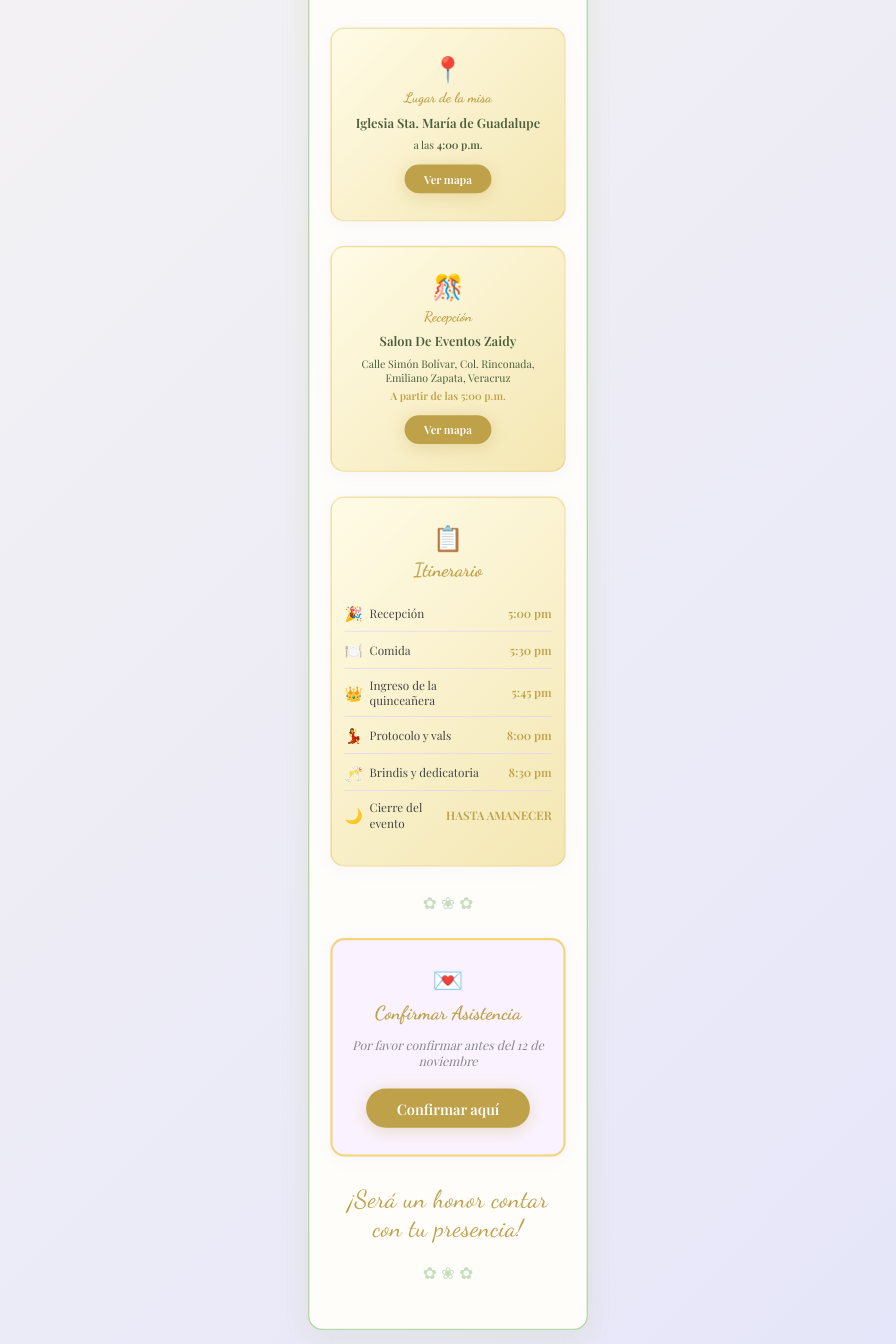
Repository: Jurgt2/InvitacionXvCamila
Page: index.html
The author's editor kept a copy of each file at every save. The page is drawn from the files as they stood at one save, then again after the next save.
The browser window is 1280 px wide. The pictures show the part of the page from y = 1293 to 3213 px (the page is 3213 px tall), at 70% of full size.
Some web fonts or font styles are not loaded; a fallback is used.

Above is the page before, as saved 2025-11-15 16:41:05.
Console error: TypeError: Cannot read properties of null (reading 'href')

### index.html
<!DOCTYPE html>
<html lang="es">
<head>
    <meta charset="UTF-8">
    <meta name="viewport" content="width=device-width, initial-scale=1.0">
    <title>Mis 15 Años - María Camila</title>

    <!-- Google Fonts -->
    <link rel="preconnect" href="https://fonts.googleapis.com">
    <link rel="preconnect" href="https://fonts.gstatic.com" crossorigin>
    <link href="https://fonts.googleapis.com/css2?family=Dancing+Script:wght@400;700&family=Playfair+Display:ital,wght@0,400;0,600;1,400&display=swap" rel="stylesheet">

    <!-- Estilos personalizados -->
    <link rel="stylesheet" href="style.css">
</head>
<body>
    <!-- Contenedor principal -->
    <div class="container">
    <!-- Encabezado superior eliminado -->
        <!-- 1. Foto circular de la quinceañera -->
        <div class="photo-section">
            <div class="photo-frame">
                <img src="quinceanera.jpg" alt="Emily Camila" class="quinceanera-photo">
            </div>
            <div class="crown-decoration">👑</div>
        </div>
        <!-- 2. Título principal -->
        <h1 class="main-title" style="font-family: 'Dancing Script', cursive; font-size: 2.5rem; font-weight: 700; color: #7d4ba8; text-align: center; margin: 20px 0 0 0;">
            <span style="font-size:2.5rem; color:#bfa14a; font-family: 'Dancing Script', cursive; font-weight: 700;">Emily Camila Salazar Santamaría</span>
        </h1>
        <!-- 3. Subtítulo descriptivo -->
        <p class="subtitle">
            Sus 15 años son un reflejo de su belleza, sus sueños y su alegría.<br>
            Hoy celebramos con entusiasmo y amor...
        </p>
        <!-- Fecha destacada (ahora debajo del texto) -->
        <div class="fecha-xv" style="text-align:center; margin:10px 0 18px 0;">
            <span style="display:inline-block; background:linear-gradient(90deg,#fffbe6 60%,#bfa14a 100%); color:#bfa14a; border-radius:12px; padding:6px 18px; font-size:1.1rem; font-weight:600; letter-spacing:1px; box-shadow:0 2px 8px #f3eac080;">SÁBADO <span style="color:#bfa14a; font-size:1.3rem;">20</span> DICIEMBRE</span>
        </div>
        <!-- Nombres de papás y padrinos (formato elegante) -->
        <div class="familia-xv" style="text-align:center; margin:28px 0 18px 0;">
            <span style="color:#bfa14a; font-size:1.25rem; font-family:'Dancing Script',cursive; font-weight:700; letter-spacing:0.5px; display:block; margin-bottom:6px;">En compañía de</span>
            <div style="display:flex; justify-content:center; align-items:flex-start; gap:32px; flex-wrap:wrap; margin-bottom:6px;">
                <div style="min-width:140px;">
                    <span style="color:#bfa14a; font-size:1.1rem; font-family:'Dancing Script',cursive; font-weight:700; display:block; margin-bottom:2px;">Sus papás</span>
                    <span style="display:block; color:#555; font-size:1.08rem; font-family:'Playfair Display',serif; font-style:italic; margin-bottom:2px;">José Antonio Salazar Morales</span>
                    <span style="display:block; color:#555; font-size:1.08rem; font-family:'Playfair Display',serif; font-style:italic;">Lissette Santamaría Correa</span>
                </div>
                <div style="min-width:140px;">
                    <span style="color:#bfa14a; font-size:1.1rem; font-family:'Dancing Script',cursive; font-weight:700; display:block; margin-bottom:2px;">Sus padrinos</span>
                    <span style="display:block; color:#555; font-size:1.08rem; font-family:'Playfair Display',serif; font-style:italic; margin-bottom:2px;">Félix Córdova Alba</span>
                    <span style="display:block; color:#555; font-size:1.08rem; font-family:'Playfair Display',serif; font-style:italic;">Santa Correa Sánchez</span>
                </div>
            </div>
        </div>
        <!-- Decoración floral -->
        <div class="floral-divider">✿ ❀ ✿</div>

        <!-- 4. Reproductor de música -->
        <div class="music-section">
            <p class="music-instruction">🎵 Clic en el reproductor para escuchar la canción</p>
            <button id="playButton" class="play-button" aria-label="Reproducir música">
                <span id="playIcon">▶</span>
            </button>
            <audio id="audioPlayer" loop>
                <source src="musica.mp3" type="audio/mpeg">
                Tu navegador no soporta el elemento de audio.
            </audio>
        </div>

        <!-- 5. Cuenta regresiva -->
        <div class="countdown-section">
            <h2 class="section-title">Faltan</h2>
            <div class="countdown-container">
                <div class="countdown-box">
                    <div class="countdown-number" id="days">00</div>
                    <div class="countdown-label">Días</div>
                </div>
                <div class="countdown-box">
                    <div class="countdown-number" id="hours">00</div>
                    <div class="countdown-label">Horas</div>
                </div>
                <div class="countdown-box">
                    <div class="countdown-number" id="minutes">00</div>
                    <div class="countdown-label">Min</div>
                </div>
                <div class="countdown-box">
                    <div class="countdown-number" id="seconds">00</div>
                    <div class="countdown-label">Seg</div>
                </div>
            </div>
            <p id="countdownMessage" class="countdown-message"></p>
        </div>

        <!-- Decoración floral -->
        <div class="floral-divider">✿ ❀ ✿</div>

        <!-- 6. Sección LUGAR -->
        <div class="cuadro-misa" style="background: #faf3ff; border: 3px solid #c7a8ea; border-radius: 20px; padding: 32px 18px 38px 18px; margin: 35px 0; text-align: center; box-shadow: 0 4px 24px #e6e6fa55;">
            <div style="font-size:2.2rem; margin-bottom: 8px; color:#bfa14a;">📍</div>
                <div style="font-family: 'Dancing Script', cursive; font-size:1.25rem; color:#bfa14a; margin-bottom: 10px; font-weight: 700;">Lugar de la misa</div>
                <div style="font-family: 'Playfair Display', serif; font-size:1.15rem; color:#4b5e3c; font-weight:700; margin-bottom: 10px;">Iglesia Sta. María de Guadalupe</div>
                <div style="font-size:0.95rem; color:#4b5e3c; margin-bottom: 18px;">a las <span style="color:#4b5e3c; font-weight:700;">4:00 p.m.</span></div>
                <a href="https://maps.app.goo.gl/ystdQ5vSETh3HKnf7" target="_blank" rel="noopener noreferrer" style="display:inline-block; background:#bfa14a; color:#fff; font-family:'Playfair Display',serif; font-size:1rem; font-weight:600; border-radius:32px; padding:10px 28px; text-decoration:none; box-shadow:0 4px 24px #bfa14a55; transition:background 0.2s;">Ver mapa</a>
        </div>

        <!-- 7. Sección RECEPCIÓN -->
        <div class="cuadro-recepcion" style="background: #faf3ff; border: 3px solid #c7a8ea; border-radius: 20px; padding: 32px 18px 38px 18px; margin: 35px 0; text-align: center; box-shadow: 0 4px 24px #e6e6fa55;">
            <div style="font-size:2.2rem; margin-bottom: 8px; color:#bfa14a;">🎊</div>
            <div style="font-family: 'Dancing Script', cursive; font-size:1.25rem; color:#bfa14a; margin-bottom: 10px; font-weight: 700;">Recepción</div>
            <div style="font-family: 'Playfair Display', serif; font-size:1.15rem; color:#4b5e3c; font-weight:700; margin-bottom: 10px;">Salon De Eventos Zaidy</div>
            <div style="font-family: 'Playfair Display', serif; font-size:0.95rem; color:#4b5e3c; margin-bottom: 6px;">Calle Simón Bolívar, Col. Rinconada, Emiliano Zapata, Veracruz</div>
            <div style="font-family: 'Playfair Display', serif; font-size:0.95rem; color:#bfa14a; font-weight:700; margin-bottom: 18px;">A partir de las 5:00 p.m.</div>
            <a href="https://maps.app.goo.gl/BLjvQERLtKDqoa328" target="_blank" rel="noopener noreferrer" style="display:inline-block; background:#bfa14a; color:#fff; font-family:'Playfair Display',serif; font-size:1rem; font-weight:600; border-radius:32px; padding:10px 28px; text-decoration:none; box-shadow:0 4px 24px #bfa14a55; transition:background 0.2s;">Ver mapa</a>
        </div>
        <!-- 8. Sección ITINERARIO -->
        <div class="cuadro-itinerario" style="background: #faf3ff; border: 3px solid #c7a8ea; border-radius: 20px; padding: 32px 18px 38px 18px; margin: 35px 0; text-align: center; box-shadow: 0 4px 24px #e6e6fa55;">
            <div style="font-size:2.2rem; margin-bottom: 8px; color:#bfa14a;">📋</div>
            <div style="font-family: 'Dancing Script', cursive; font-size:1.7rem; color:#bfa14a; margin-bottom: 18px; font-weight: 700;">Itinerario</div>
            <div style="width:100%; max-width:420px; margin:0 auto;">
                <div style="display:flex; align-items:center; justify-content:space-between; padding:12px 0 12px 0; border-bottom:1px solid #e0d3f7;">
                    <span style="font-size:1.3rem; margin-right:10px; color:#bfa14a;">🎉</span>
                    <span style="flex:1; text-align:left; font-family:'Playfair Display',serif; font-size:1.05rem; color:#444;">Recepción</span>
                    <span style="font-family:'Playfair Display',serif; font-size:1.05rem; color:#bfa14a; font-weight:600; min-width:80px; text-align:right;">5:00 pm</span>
                </div>
                <div style="display:flex; align-items:center; justify-content:space-between; padding:12px 0 12px 0; border-bottom:1px solid #e0d3f7;">
                    <span style="font-size:1.3rem; margin-right:10px; color:#bfa14a;">🍽️</span>
                    <span style="flex:1; text-align:left; font-family:'Playfair Display',serif; font-size:1.05rem; color:#444;">Comida</span>
                    <span style="font-family:'Playfair Display',serif; font-size:1.05rem; color:#bfa14a; font-weight:600; min-width:80px; text-align:right;">5:30 pm</span>
                </div>
                <div style="display:flex; align-items:center; justify-content:space-between; padding:12px 0 12px 0; border-bottom:1px solid #e0d3f7;">
                    <span style="font-size:1.3rem; margin-right:10px; color:#bfa14a;">👑</span>
                    <span style="flex:1; text-align:left; font-family:'Playfair Display',serif; font-size:1.05rem; color:#444;">Ingreso de la quinceañera</span>
                    <span style="font-family:'Playfair Display',serif; font-size:1.05rem; color:#bfa14a; font-weight:600; min-width:80px; text-align:right;">5:45 pm</span>
                </div>
                <div style="display:flex; align-items:center; justify-content:space-between; padding:12px 0 12px 0; border-bottom:1px solid #e0d3f7;">
                    <span style="font-size:1.3rem; margin-right:10px; color:#bfa14a;">💃</span>
                    <span style="flex:1; text-align:left; font-family:'Playfair Display',serif; font-size:1.05rem; color:#444;">Protocolo y vals</span>
                    <span style="font-family:'Playfair Display',serif; font-size:1.05rem; color:#bfa14a; font-weight:600; min-width:80px; text-align:right;">8:00 pm</span>
                </div>
                <div style="display:flex; align-items:center; justify-content:space-between; padding:12px 0 12px 0; border-bottom:1px solid #e0d3f7;">
                    <span style="font-size:1.3rem; margin-right:10px; color:#bfa14a;">🥂</span>
                    <span style="flex:1; text-align:left; font-family:'Playfair Display',serif; font-size:1.05rem; color:#444;">Brindis y dedicatoria</span>
                    <span style="font-family:'Playfair Display',serif; font-size:1.05rem; color:#bfa14a; font-weight:600; min-width:80px; text-align:right;">8:30 pm</span>
                </div>
                <div style="display:flex; align-items:center; justify-content:space-between; padding:12px 0 12px 0;">
                    <span style="font-size:1.3rem; margin-right:10px; color:#bfa14a;">🌙</span>
                    <span style="flex:1; text-align:left; font-family:'Playfair Display',serif; font-size:1.05rem; color:#444;">Cierre del evento</span>
                    <span style="font-family:'Playfair Display',serif; font-size:1.05rem; color:#bfa14a; font-weight:600; min-width:80px; text-align:right;">HASTA AMANECER</span>
                </div>
            </div>
        </div>

        <!-- Decoración floral -->
        <div class="floral-divider">✿ ❀ ✿</div>

        <!-- 9. Sección CONFIRMAR ASISTENCIA -->
        <div class="cuadro-rsvp" style="background: #faf3ff; border: 3px solid #f3d37a; border-radius: 20px; padding: 32px 18px 38px 18px; margin: 35px 0; text-align: center; box-shadow: 0 4px 24px #e6e6fa55;">
            <div style="font-size:2.2rem; margin-bottom: 8px; color:#bfa14a;">💌</div>
            <div style="font-family: 'Dancing Script', cursive; font-size:1.7rem; color:#bfa14a; margin-bottom: 18px; font-weight: 700;">Confirmar Asistencia</div>
            <div style="font-family: 'Playfair Display', serif; font-size:1.1rem; color:#888; font-style:italic; margin-bottom: 28px;">Por favor confirmar antes del 12 de noviembre</div>
            <a href="https://wa.me/522791007933?text=Hola%2C%20confirmo%20mi%20asistencia%20a%20los%2015%20a%C3%B1os%20de%20Emily%20Camila.%20%C2%A1Ser%C3%A1%20un%20honor%20acompa%C3%B1arla%20en%20su%20d%C3%ADa%20especial!%20%F0%9F%92%96%F0%9F%8E%89" target="_blank" rel="noopener noreferrer" style="display:inline-block; background:#bfa14a; color:#fff; font-family:'Playfair Display',serif; font-size:1.3rem; font-weight:600; border-radius:32px; padding:14px 44px; text-decoration:none; box-shadow:0 4px 24px #bfa14a55; transition:background 0.2s;">Confirmar aquí</a>
        </div>

        <!-- Footer decorativo -->
        <div class="footer">
            <div style="text-align: center; margin-top: 40px; margin-bottom: 10px;">
                <span style="
                    font-family: 'Dancing Script', cursive;
                    font-size: 2.2rem;
                    color: #bfa14a;
                    font-weight: 400;
                    letter-spacing: 0.5px;
                    display: inline-block;
                    background: none;
                    padding: 0;
                    margin: 0;
                ">¡Será un honor contar con tu presencia!</span>
            </div>
            <div class="floral-divider">✿ ❀ ✿</div>
        </div>

    </div>

    <!-- Script JavaScript -->
    <script src="script.js"></script>
</body>
</html>

Loaded but not shown: script.js (157 lines, source omitted); style.css (412 lines, source omitted)

After the next save:
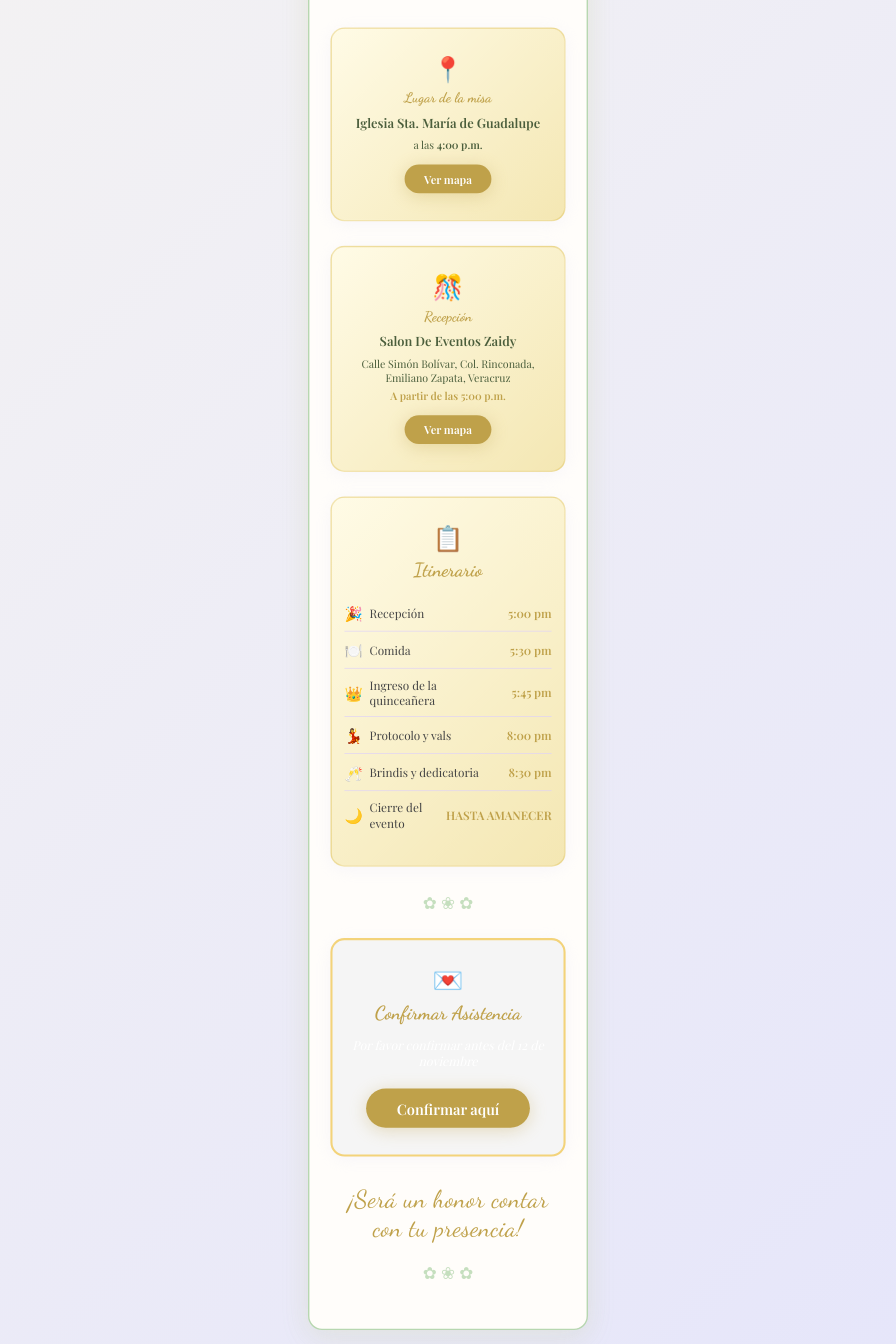
Saved 5 min 3 s later.
--- a/index.html
+++ b/index.html
@@ -155,10 +155,10 @@
         <div class="floral-divider">✿ ❀ ✿</div>
 
         <!-- 9. Sección CONFIRMAR ASISTENCIA -->
-        <div class="cuadro-rsvp" style="background: #faf3ff; border: 3px solid #f3d37a; border-radius: 20px; padding: 32px 18px 38px 18px; margin: 35px 0; text-align: center; box-shadow: 0 4px 24px #e6e6fa55;">
+        <div class="cuadro-rsvp" style="background: #f5f5f5; border: 3px solid #f3d37a; border-radius: 20px; padding: 32px 18px 38px 18px; margin: 35px 0; text-align: center; box-shadow: 0 4px 24px #e6e6fa55;">
             <div style="font-size:2.2rem; margin-bottom: 8px; color:#bfa14a;">💌</div>
             <div style="font-family: 'Dancing Script', cursive; font-size:1.7rem; color:#bfa14a; margin-bottom: 18px; font-weight: 700;">Confirmar Asistencia</div>
-            <div style="font-family: 'Playfair Display', serif; font-size:1.1rem; color:#888; font-style:italic; margin-bottom: 28px;">Por favor confirmar antes del 12 de noviembre</div>
+            <div style="font-family: 'Playfair Display', serif; font-size:1.1rem; color:#ffffff; font-style:italic; margin-bottom: 28px;">Por favor confirmar antes del 12 de noviembre</div>
             <a href="https://wa.me/522791007933?text=Hola%2C%20confirmo%20mi%20asistencia%20a%20los%2015%20a%C3%B1os%20de%20Emily%20Camila.%20%C2%A1Ser%C3%A1%20un%20honor%20acompa%C3%B1arla%20en%20su%20d%C3%ADa%20especial!%20%F0%9F%92%96%F0%9F%8E%89" target="_blank" rel="noopener noreferrer" style="display:inline-block; background:#bfa14a; color:#fff; font-family:'Playfair Display',serif; font-size:1.3rem; font-weight:600; border-radius:32px; padding:14px 44px; text-decoration:none; box-shadow:0 4px 24px #bfa14a55; transition:background 0.2s;">Confirmar aquí</a>
         </div>
 
